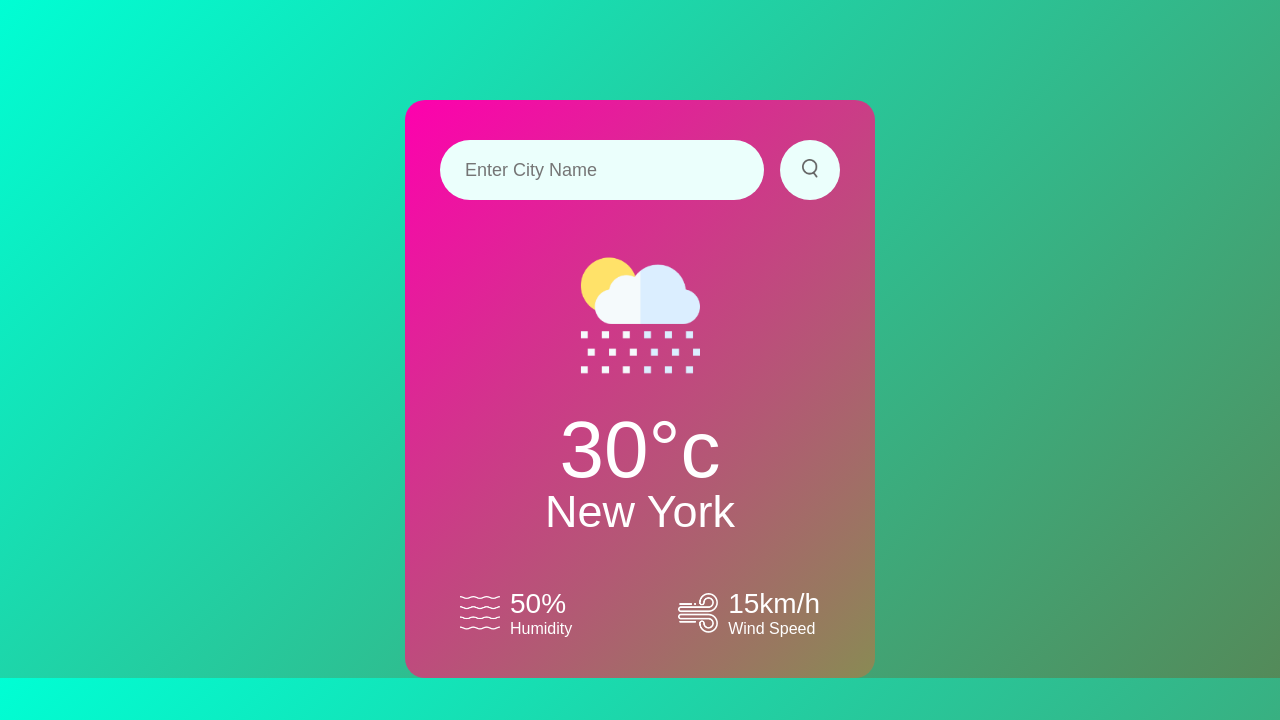
Repository: dubeprince/WeatherApp-Project
Page: WeatherApp/index.html
The author's editor kept a copy of each file at every save. The page is drawn from the files as they stood at one save, then again after the next save.
The browser window is 1280 px wide. The pictures show the whole page.

Above is the page before, as saved 2023-05-26 16:35:37.

### WeatherApp/index.html
<!DOCTYPE html>
<html lang="en">
<head>
    <meta charset="UTF-8">
    <meta http-equiv="X-UA-Compatible" content="IE=edge">
    <meta name="viewport" content="width=device-width, initial-scale=1.0">
    <title>Weather App</title>
    <link rel = "stylesheet" href = "style.css">
</head>
<body>

    <div class="card">
        <div class="search">
            <input type="text" placeholder="Enter City Name" spellcheck="false">
            <button><img src="images/search.png" alt=""></button>
        </div>
        <div class="weather">
            <img src="images/rain.png" class="weather-icon">
            <h1 class="temp">30°c</h1>
            <h2 class="city">New York</h2>
            <div class="details">
                <div class="col">
                    <img src="images/humidity.png" >
                    <div>
                        <p class="humidity">50%</p>
                        <p>Humidity</p>
                    </div>
                </div>
                <div class="col">
                    <img src="images/wind.png" >
                    <div>
                        <p class="wind">15km/h</p>
                        <p>Wind Speed</p>
                    </div>
                </div>
            </div>
        </div>
    </div>

    <script>
        const apiKey = "2c327d90082c0de2eda05aec2410c576";
        const apiUrl = "https://api.openweathermap.org/data/2.5/weather?&units=metric&q=";

        const searchBox = document.querySelector(".search input");
        const searchBtn = document.querySelector(".search button");

        async function checkWeather(city){
            const response = await fetch(apiUrl + city + `&appid=${apiKey}`);
            var data = await response.json();
            console.log(data);
            document.querySelector(".city").innerHTML = data.name;
            document.querySelector(".temp").innerHTML = Math.round(data.main.temp) + "°c";
            document.querySelector(".humidity").innerHTML = data.main.humidity + "%";
            document.querySelector(".wind").innerHTML = data.wind.speed + " Km/h";


        }

        searchBtn.addEventListener("click",()=> {checkWeather(searchBox.value);})

    </script>

</body>
</html>

### WeatherApp/style.css
*{
    margin : 0;
    padding: 0;
    font-family: 'Poppins', sans-serif;
    box-sizing: border-box;

}
body{
    background: linear-gradient(135deg, #00fed4, #548a59);
    background-size: cover;
}
.card{
    width: 90%;
    max-width: 470px;
    background: linear-gradient(135deg, #fe00ae, #898a54);
    color: #fff; /* white */
    margin: 100px auto 0;
    border-radius: 20px;
    padding: 40px 35px;
    text-align: center;

}
.search{
    width: 100%;
    display: flex;
    align-items: center;
    justify-content: space-between;
}
.search input{
    border: 0;
    outline: 0;
    background: #ebfffc;
    color: #555;
    padding: 10px 25px;
    height: 60px;
    border-radius: 30px;
    flex: 1;
    margin-right: 16px;
    font-size: 18px;
}
.search button{
    border: 0;
    outline: 0;
    border-radius: 50%;
    background: #ebfffc;
    width: 60px;
    height: 60px;
    cursor: pointer;

}
.search button img{
    width: 16px;

}
.weather-icon{
    width: 170px;
    margin-top: 30px;
}
.weather h1{
    font-size: 80px;
    font-weight: 500;
}
.weather h2{
    font-weight: 400;
    font-size: 45px;
    margin-top: -10px;
}
.details{
    display: flex;
    align-items: center;
    justify-content: space-between;
    padding: 0 20px;
    margin-top: 50px;
}
.col{
    display: flex;
    align-items: center;
    justify-content: space-between;
    text-align: left;
}
.col img{
    width: 40px;
    margin-right: 10px;
}
.humidity,.wind{
    font-size: 28px;

}

After the next save:
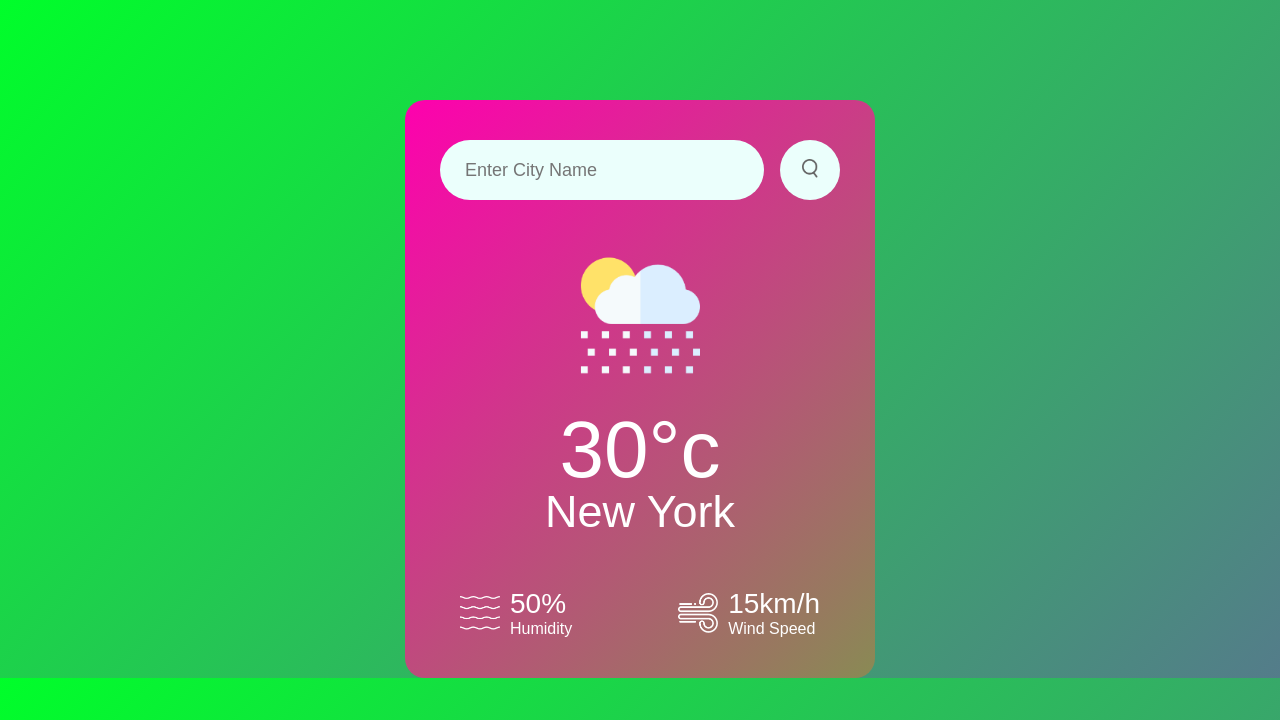
Saved 27 s later.
--- a/WeatherApp/style.css
+++ b/WeatherApp/style.css
@@ -6,7 +6,7 @@
 
 }
 body{
-    background: linear-gradient(135deg, #00fed4, #548a59);
+    background: linear-gradient(135deg, #00fe2a, #547c8a);
     background-size: cover;
 }
 .card{
